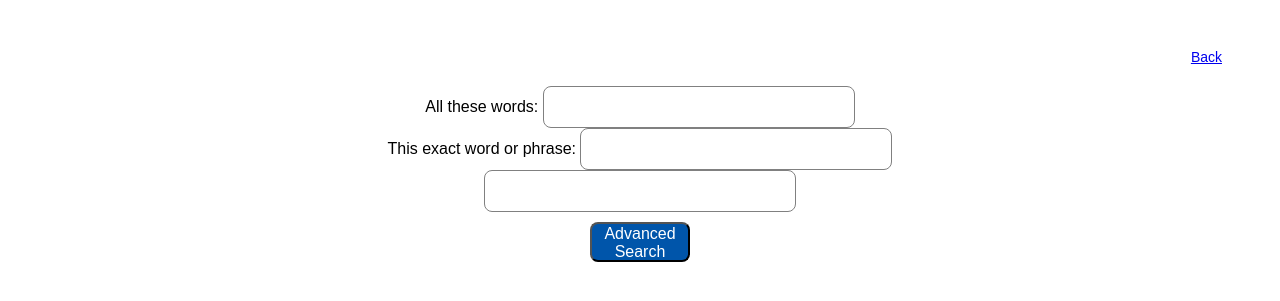
Repository: lyutok/cs50-search-project
Page: advanced.html
The author's editor kept a copy of each file at every save. The page is drawn from the files as they stood at one save, then again after the next save.
The browser window is 1280 px wide. The pictures show the whole page.
The style sheet was rebuilt from its Sass, Less or Tailwind sources for each picture, by a compiler version that may differ from the author's.

Above is the page before, as saved 2025-07-07 12:14:35.

After the next save:
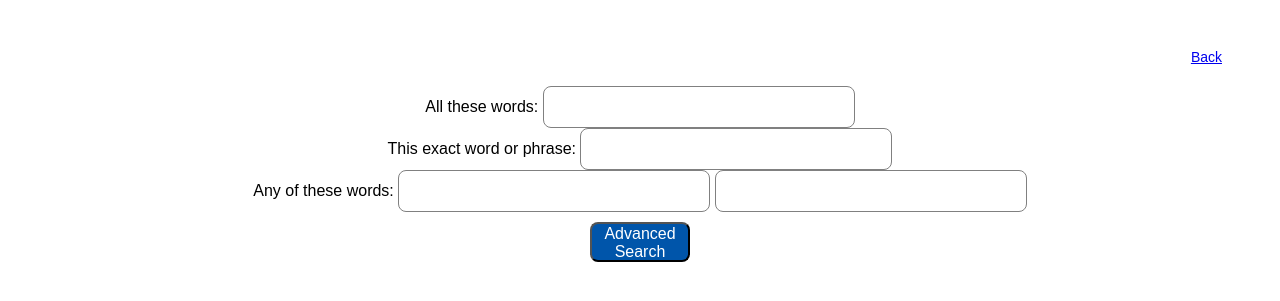
Saved 92 s later.
--- a/advanced.html
+++ b/advanced.html
@@ -15,7 +15,8 @@
         <br>
         <label for="exact-word">This exact word or phrase:</label>
         <input type="text" id="exact-word" name="as_epq">
-        <br
+        <br>
+        <label for="any-word">Any of these words:</label>
         <input type="text" name="any of these words:">
         <input type="text" name="none of these words:">
         <br>
